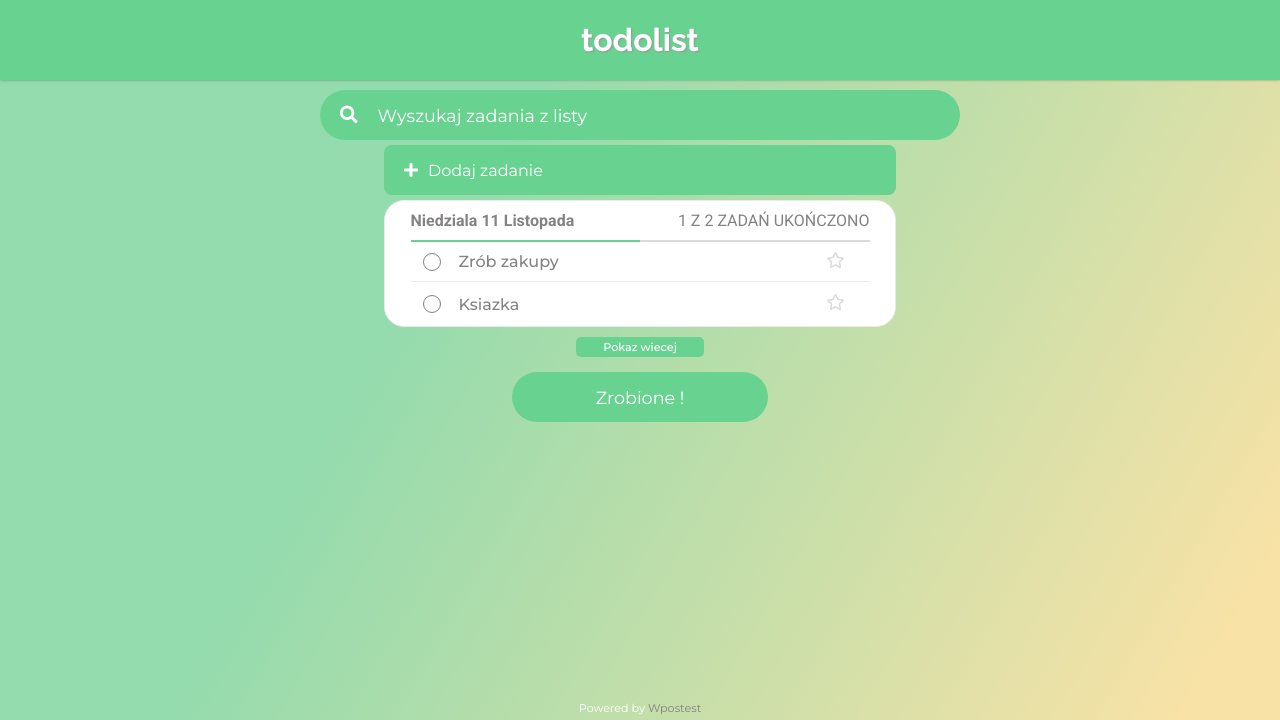
Repository: Wpostest/todolist
Page: src/index.html
The author's editor kept a copy of each file at every save. The page is drawn from the files as they stood at one save, then again after the next save.
The browser window is 1280 px wide. The pictures show the whole page.
Some web libraries are served in a nearby version. The style sheet was rebuilt from its Sass, Less or Tailwind sources for each picture, by a compiler version that may differ from the author's.

Above is the page before, as saved 2020-01-29 15:52:28.

### src/index.html
<!DOCTYPE html>
<html lang="pl">
<head>
    <meta charset="UTF-8">
    <meta name="viewport" content="width=device-width, initial-scale=1.0">
    <meta http-equiv="X-UA-Compatible" content="ie=edge">
    <title>todolist</title>
    <link rel="stylesheet" href="css/app.css">
    <link href="https://fonts.googleapis.com/css?family=Lato:100,300,400,700|Montserrat:100,300,400,500,700|Open+Sans:300,400,700|Raleway:100,300,400,500,700|Roboto:100,300,400,500,700&display=swap" rel="stylesheet">
    <link rel="stylesheet" href="https://use.fontawesome.com/releases/v5.6.3/css/all.css" integrity="sha384-UHRtZLI+pbxtHCWp1t77Bi1L4ZtiqrqD80Kn4Z8NTSRyMA2Fd33n5dQ8lWUE00s/" crossorigin="anonymous">
</head>
<body>
    <header class="todolist__header">
        <h1 class="todolist__title">todolist</h1>
    </header>
    <section>
        <label class="todolist__search-wrapper" for="todolist__search">
            <i class="fas fa-search todolist__search-icon"></i>
            <input type="text" class="todolist__search" id="todolist__search" title="Szukaj" placeholder="Wyszukaj zadania z listy">
        </label>
        <label class="todolist__add-task-wrapper" for="todolist__add-task">
            <input type="text" class="todolist__add-task" id="todolist__add-task" title="Dodaj zadanie" placeholder="Dodaj zadanie">
            <i class="fas fa-plus todolist__add-task-icon"></i>
        </label>

        <ul class="todolist">
            <div class="todolist__information">
                <div class="todolist__current-time">Niedziala 11 Listopada</div>
                <div class="todolist__task-done-info">
                    <span class="todolist__count-done-task">1</span>
                    z
                    <span class="todolist__count-all-task">2</span>
                    zadań ukończono
                </div>
                <div class="todolist__line-done-percentage"></div>
            </div>
            <li class="todolist__task">
                <input type="checkbox" class="todolist__checkbox-done">
                <span>Zrób zakupy</span>
                <input type="checkbox" class="todolist__checkbox-star">
                <div class="checbox-done_background_animation"></div>
            </li>
            <li class="todolist__task">
                    <input type="checkbox" class="todolist__checkbox-done">
                    <span>Ksiazka</span>
                    <input type="checkbox" class="todolist__checkbox-star">
                </li>
            <!--<li>TEXT<input type="checkbox"><button>star-icon</button></li>-->
            <!--
                LISTA MA MIEC MAKSYMALNA WYSOKOSC PRZYCISK POKAZ WIECEJ MA USUWAC OGRANICZENIA WYSOKOSCI LUB WYSWIETLANYCH ELEMENTOW
                JEZELI UKONCZYSZ WSZYSTKIE ZADANIA MA POKAZAC SIE FAJNA ANIMACJA I ZNIKNAC PO KILKU SEKUNDACH
                CHECKBOX MA POKAZYWAC SIE Z LEWEJ STRONY
            -->
        </ul>
        <button class="todolist__show-more" title="Pokaż więcej zadań">Pokaz wiecej</button>
        <button class="todolist__done" title="Usuń skończone zadania z listy">Zrobione !</button>
    </section>
    <footer>
        <h6 class="todolist__copywrite">Powered by <a href="https://github.com/Wpostest/">Wpostest</a></h6>
    </footer>
    <script src="js/app.js"></script>
</body>
</html>

### src/sass/app.scss
@import 'reset';
@import 'variables';
@import 'components/checkboxes/checkbox_done.scss';
@import 'components/checkboxes/checkbox_star.scss';
@import 'todolist/todolist';

### src/sass/reset.scss
html, body, div, span, applet, object, iframe, h1, h2, h3, h4, h5, h6, p, blockquote, pre, a, abbr, acronym, address, big, cite, code, del, dfn, em, img, ins, kbd, q, s, samp, small, strike, strong, sub, sup, tt, var, b, u, i, center, dl, dt, dd, ol, ul, li, fieldset, form, label, legend, table, caption, tbody, tfoot, thead, tr, th, td, article, aside, canvas, details, embed, figure, figcaption, footer, header, hgroup, menu, nav, output, ruby, section, summary, time, mark, audio, video, input {
    margin: 0;
    padding: 0;
    border: 0;
    font-size: 100%;
    font: inherit;

    // Sposób wyliczania wysokości i szerokości elementu.
    // Szerokość elementu np 25% zawiera już paddingi oraz border.
    box-sizing: border-box;

    vertical-align: baseline; }

article, aside, details, figcaption, figure, footer, header, hgroup, menu, nav, section {
    display: block; }

a {
    text-decoration: none;
    outline: none;
}

button {
    outline: none;
}

ol, ul {
    list-style: none; }

blockquote, q {
    quotes: none; }

blockquote {
    &:before, &:after {
        content: '';
        content: none; } }

q {
    &:before, &:after {
        content: '';
        content: none; } }

table {
    border-collapse: collapse;
    border-spacing: 0; }

### src/sass/variables.scss
$background_primary: #68d391;
$background_secoundary: #94dbad;
$font-color_primary: #fff;
$font-color_secoundary: rgb(133, 130, 130);
$font-family_primary: 'Montserrat', sans-serif;
$font-family_secoundary: 'Roboto', sans-serif;
$font-size_xxl: 2rem;
$font-size_xl: 1.5rem;
$font-size_l: 1.1rem;
$font-size_m: 1rem;
$font-size_s: .9rem;
$font-size_xs: .7rem;
$font-size_xxs: .5rem;

### src/sass/components/checkboxes/checkbox_done.scss
.todolist__checkbox-done{
    position: relative;
    -webkit-appearance: none;
    display: inline-block;
    width: 18px;
    height: 18px;
    background-color: #fff;
    border-radius: 50%;
    border: 1px solid $font-color_secoundary;
    outline: none;
    margin-left: 12px;
    margin-right: 18px;
    cursor: pointer;

    &::after{
        position: absolute;
        width: 100%;
        height: 100%;
        top: 13px;
        left: 12px;
        transform: translate(-50%, -50%);
        color: $font-color_primary;
        font-family: "Font Awesome 5 Free";
        font-weight: 900;
        content: "\f00c";
        font-size: 10px;
        opacity: 0;
    }

    &:checked{
        border: none;
        background-color: $background_primary;

        &~ span{
            text-decoration: line-through;
        }

        & ~ .checbox-done_background_animation{

        }

        &::after{
            opacity: 1;
        }
    }
}

.checbox-done_background_animation{
    position: absolute;
    top: 0px;
    left: 50%;
    transform: translateX(-50%);
    height: inherit;
    width: 0px;
    background: $background_secoundary;
    border-radius: 20px;
}

### src/sass/components/checkboxes/checkbox_star.scss
.todolist__checkbox-star{
    position: absolute;
    top: 50%;
    transform: translateY(-25%);
    right: 25px;
    width: 50px;
    height: 100%;
    -webkit-appearance: none;
    outline: none;
    text-align: right;

    &::after{
        font-family: "Font Awesome 5 Free";
        font-weight: 500;
        content: "\f005";
        position: absolute;
        top: 0;
        left: 0;
        width: 100%;
        height: 100%;
        font-size: 1rem;
        opacity: 1;
        visibility: visible;
        color: #dadada;
    }

    &::before{
        font-family: "Font Awesome 5 Free";
        font-weight: 900;
        content: "\f005";
        position: absolute;
        top: 0;
        left: 0;
        width: 100%;
        height: 100%;
        color: #fff;
        font-size: 1rem;
        opacity: 0;
        visibility: hidden;
        color: #ffe46b;
    }

    &:checked{
        &::after{
            opacity: 0;
            visibility: hidden;
        }

        &::before{
            opacity: 1;
            visibility: visible;
        }
    }
}

### src/sass/todolist/todolist.scss
body{
    background: rgb(148,219,173);
    background: linear-gradient(120deg, rgba(148,219,173,1) 34%, rgba(248,226,166,1) 94%);
    height: 100vh;
}

.todolist__header{
    width: 100%;
    height: 80px;
    background-color: $background_primary;
    box-shadow: 0px -1px 3px 0px rgba(0,0,0,0.75);
    margin-bottom: 10px;

    .todolist__title{
        color: $font-color_primary;
        font-size: 2rem;
        font-family: 'Raleway', sans-serif;
        font-weight: 600;
        text-align: center;
        text-shadow: 1px 1px 2px rgba(150, 150, 150, 1);
        line-height: 80px;
    }
}

section{
    display: flex;
    flex-direction: column;
    align-items: center;
}

.todolist__search-wrapper{
    background-color: $background_primary;
    width: 50%;
    height: 50px;
    border-radius: 50px;
    display: flex;
    flex-direction: row;
    justify-content: flex-start;
    align-items: center;
    margin-bottom: 5px;

    &:hover{
        //box-shadow: 0 1px 2px 0 rgba(32,33,36,0.28);
    }

    .todolist__search-icon{
        color: $font-color_primary;
        margin-left: 20px;
        font-size: $font-size_l;
    }

    .todolist__search{
        color: $font-color_primary;
        outline: none;
        margin-left: 20px;
        margin-right: 50px;
        width: 100%;
        height: 80%;
        background-color: $background_primary;
        font-size: $font-size_l;
        font-family: $font-family_primary;

        &::placeholder{
            color: $font-color_primary;
        }

        &:focus{
            &::placeholder{
                opacity: 0;
                visibility: hidden;
            }
        }
    }
}

.todolist__add-task-wrapper{
    background-color: $background_primary;
    width: 40%;
    height: 50px;
    border-radius: 8px;
    display: flex;
    flex-direction: row-reverse;
    justify-content: flex-start;
    align-items: center;
    margin-bottom: 5px;

    .todolist__add-task-icon{
        color: $font-color_primary;
        margin-left: 20px;
        font-size: $font-size_m;
    }

    .todolist__add-task{
        color: $font-color_primary;
        outline: none;
        margin-left: 10px;
        margin-right: 50px;
        width: 100%;
        height: 80%;
        background-color: $background_primary;
        font-size: $font-size_m;
        font-family: $font-family_primary;

        &:hover{
            //box-shadow: 0 1px 2px 0 rgba(32,33,36,0.28);
        }

        &::placeholder{
            color: $font-color_primary;
        }

        &:focus{
            &::placeholder{
                opacity: 0;
                visibility: hidden;
            }

            & ~ .todolist__add-task-icon{
                transition: transform .7s;
                transform: rotate(360deg);
            }
        }
    }
}

.todolist{
    width: 40%;
    background: #fff;
    border-radius: 20px;
    border: 1px solid #ebebeb;
    margin-bottom: 10px;

    .todolist__information{
        width: 90%;
        margin-left: auto;
        margin-right: auto;
        color: $font-color_secoundary;
        font-weight: 600;
        padding-top: 10px;
        font-family: $font-family_secoundary;
        display: flex;
        flex-direction: row;
        flex-wrap: wrap;

        .todolist__current-time{
            font-size: $font-size_m;
            width: 50%;
        }

        .todolist__task-done-info{
            font-weight: 400;
            width: 50%;
            text-align: right;
            text-transform: uppercase;
        }

        .todolist__line-done-percentage{
            width: 100%;
            height: 2px;
            background: linear-gradient(to right, $background_primary 0%, $background_primary 50%, #dadada 50%, #dadada 100%);
            margin-top: 10px;
        }
    }

    .todolist__task{
        margin-left: auto;
        margin-right: auto;
        width: 90%;
        color: $font-color_secoundary;
        height: 40px;
        background-color: #fff;
        font-size: $font-size_m;
        font-weight: 500;
        font-family: $font-family_primary;
        display: flex;
        flex-direction: row;
        justify-content: flex-start;
        align-items: center;
        margin-bottom: 2px;
        position: relative;
        border-bottom: 1px solid #ebebeb;

        &:last-child{
            border: none;
        }
    }
}

.todolist__show-more{
    background-color: $background_primary;
    border: none;
    border-radius: 5px;
    width: 10%;
    height: 20px;
    color: $font-color_primary;
    font-size: $font-size_xs;
    font-weight: 500;
    font-family: $font-family_primary;
    cursor: pointer;
    margin-bottom: 15px;
}

.todolist__done{
    background-color: $background_primary;
    border: none;
    border-radius: 25px;
    width: 20%;
    height: 50px;
    color: $font-color_primary;
    font-size: $font-size_l;
    font-family: $font-family_primary;
    cursor: pointer;
    transition: transform .5s;
}

.todolist__copywrite{
    font-size: $font-size_xs;
    color: $font-color_primary;
    position: absolute;
    left: 50%;
    bottom: 5px;
    transform: translateX(-50%);
    font-family: $font-family_primary;

    a{
        color: $font-color_secoundary;
    }
}

Loaded but not shown: src/js/app.js (no stored copy; drawn as an empty file)

After the next save:
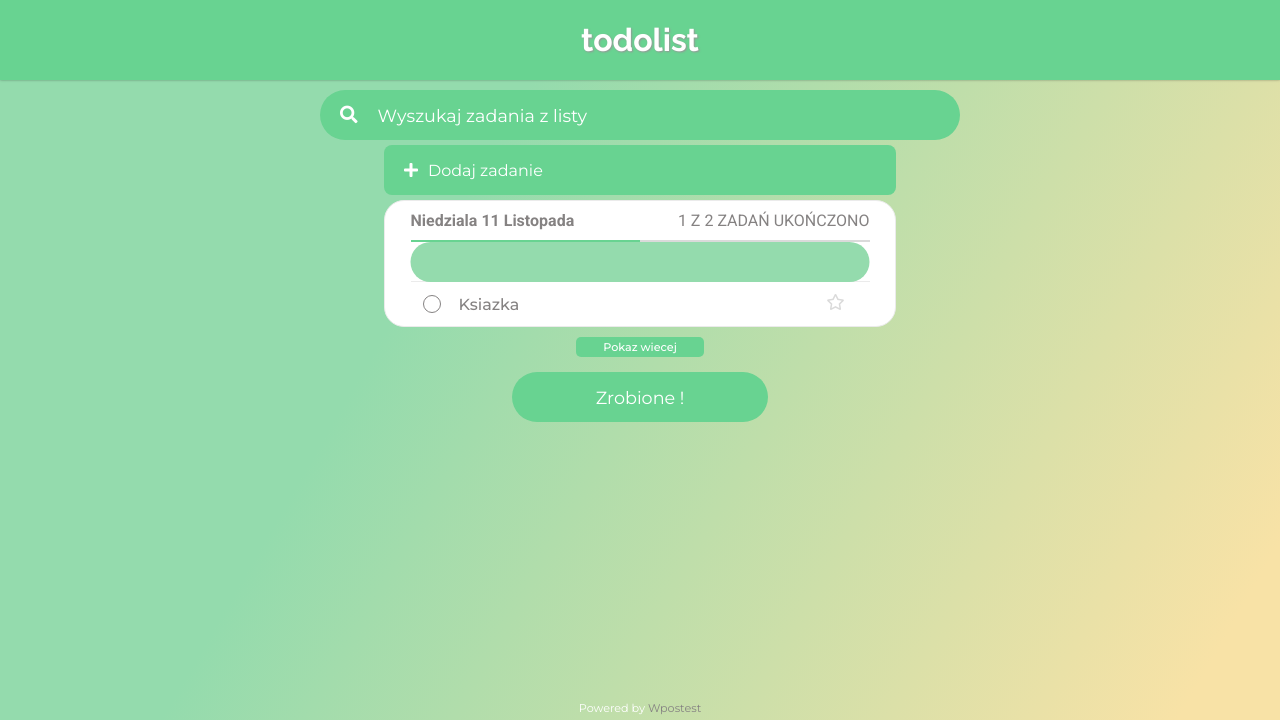
Saved 22 s later.
--- a/src/sass/components/checkboxes/checkbox_done.scss
+++ b/src/sass/components/checkboxes/checkbox_done.scss
@@ -36,6 +36,7 @@
         }
 
         & ~ .checbox-done_background_animation{
+            opacity: 1;
 
         }
 
@@ -51,7 +52,7 @@
     left: 50%;
     transform: translateX(-50%);
     height: inherit;
-    width: 0px;
+    width: 100%;
     background: $background_secoundary;
     border-radius: 20px;
 }
